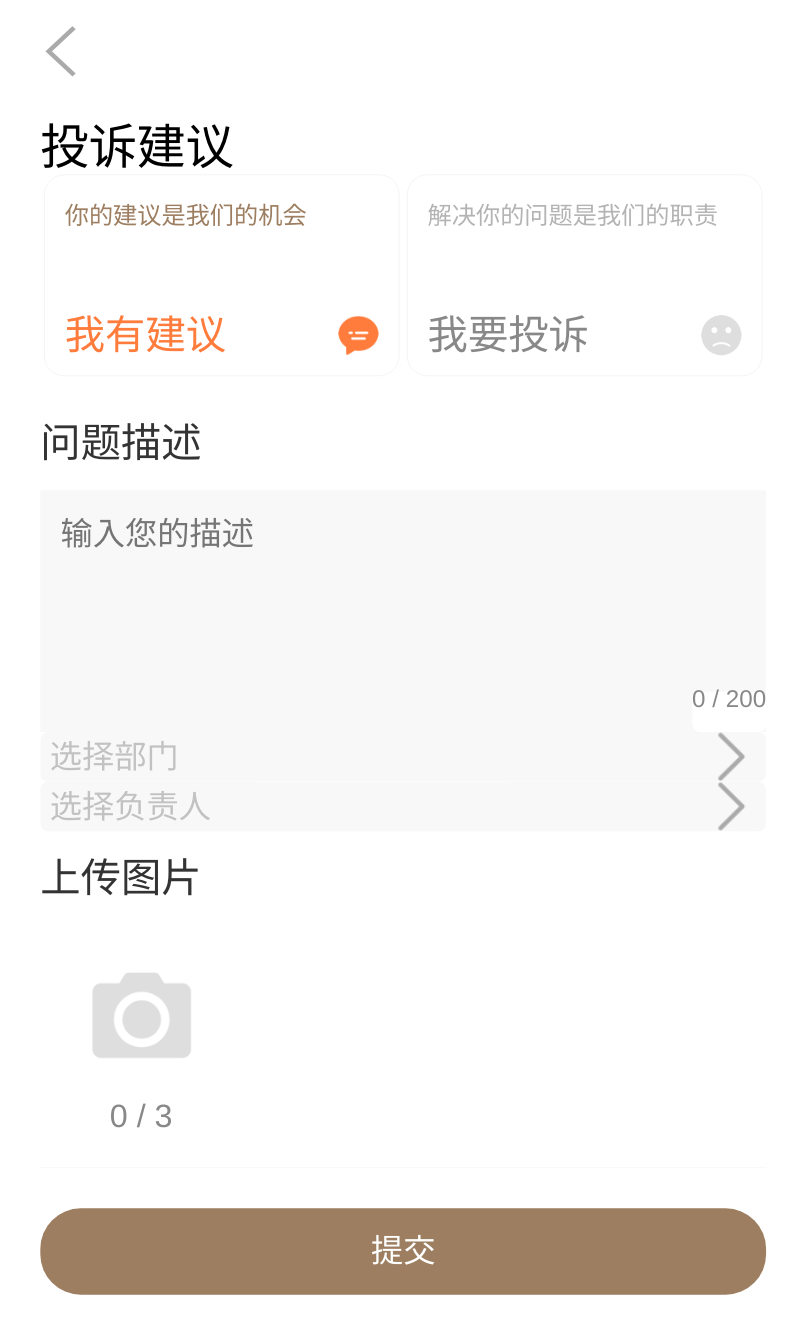
Repository: missing-star/rockBridge
Page: complaint.html
The author's editor kept a copy of each file at every save. The page is drawn from the files as they stood at one save, then again after the next save.
The browser window is 1280 px wide. The pictures show the whole page, at 63% of full size.

Above is the page before, as saved 2019-04-19 10:54:49.

### complaint.html
<!DOCTYPE html>
<html lang="en">

<head>
    <meta charset="UTF-8">
    <meta name="viewport" content="width=device-width, initial-scale=1.0, user-scalable=no,maximum-scale=1.0">
    <meta http-equiv="X-UA-Compatible" content="ie=edge">
    <meta http-equiv="Expires" content="0">
    <meta http-equiv="Pragma" content="no-cache">
    <meta http-equiv="Cache-control" content="no-cache">
    <meta http-equiv="Cache" content="no-cache">
    <link rel="stylesheet" href="assets/mui/css/mui.min.css?v=1.1.0">
    <link rel="stylesheet" href="assets/mui/picker/css/mui.picker.min.css?v=1.1.0">
    <link rel="stylesheet" href="css/common.css?v=1.1.0">
    <link rel="stylesheet" href="css/complaint.css?v=1.1.0">
    <title>叠石桥</title>
    <!--
        意见投诉
    -->
</head>

<body>
    <div id="app">
        <header class="mui-bar mui-bar-nav">
            <i onclick="goBack()" class="mui-icon mui-icon-arrowleft"></i>
        </header>
        <div class="mui-content">
            <header class="packet-title">
                <p>投诉建议</p>
            </header>
            <!--大分类-->
            <div class="classify">
                <div data-type="proposal" class="classify-item active">
                    <p class="title">你的建议是我们的机会</p>
                    <div class="bottom-icon">
                        <span class="title">我有建议</span>
                        <img v-show="currentTab == 'proposal'" class="classify-icon" src="imgs/proposal-active.png" alt="">
                        <img v-show="currentTab == 'complaint'" class="classify-icon" src="imgs/proposal.png" alt="">
                    </div>
                </div>
                <div data-type="complaint" class="classify-item">
                    <p class="title">解决你的问题是我们的职责</p>
                    <div class="bottom-icon">
                        <span class="title">我要投诉</span>
                        <img v-show="currentTab == 'proposal'" class="classify-icon" src="imgs/complaint.png" alt="">
                        <img v-show="currentTab == 'complaint'" class="classify-icon" src="imgs/complaint-active.png"
                            alt="">
                    </div>
                </div>
            </div>
            <p class="title-ques">问题描述</p>
            <div class="question-desc">
                <textarea placeholder="输入您的描述" @input="limitLength" v-model="inputContent" name="" id="" cols="30" rows="10"></textarea>
                <span v-cloak class="amount">{{inputContent.length}} / 200</span>
            </div>
            <!-- <input v-model="selectedNumber" id="number-btn" readonly type="text" class="number-value arrow-right"> -->
            <div class="question-desc">
                <input placeholder="选择部门" id="choose-section" readonly type="text" class="number-value arrow-right">
            </div>
            <div class="question-desc">
                <input placeholder="选择负责人" id="choose-section-leader" readonly type="text" class="number-value arrow-right">
            </div>
            <p class="title-upload">上传图片</p>
            <div class="repair-item upload">
                <div v-for="(item,index) in uploadedImgs" class="upload-item">
                    <img :src="item.src" alt="" class="upload-img-item">
                    <span @click="deleteImg(index)" class="delete-icon">
                    </span>
                </div>
                <div :class="{active:uploadedImgs.length < 3}" class="upload-item upload">
                    <div @click="uploadImg($event)" class="mask-click">
                        <input class="upload-input" hidden type="file" accept="image/*">
                    </div>
                    <img src="imgs/camera.png" alt="" class="camera">
                    <span v-cloak class="imgs-num">{{uploadedImgs.length}} / 3</span>
                </div>
            </div>
            <button @click="submitComplain" class="button-apply">
                提交
            </button>
        </div>
    </div>
    <script src="assets/vue/vue.min.js?v=1.0.2"></script>
    <script src="assets/jquery/jquery.min.js?v=1.0.2"></script>
    <script src="assets/mui/js/mui.min.js?v=1.0.2"></script>
    <script src="assets/mui/picker/js/mui.picker.js?v=1.0.2"></script>
    <script src="assets/mui/picker/js/mui.poppicker.js?v=1.0.2"></script>
    <script src="js/common.js?v=1.0.7.1"></script>
    <script src="js/complaint.js?v=1.0.3"></script>
</body>

</html>

### css/common.css
html,
body,
.mui-content {
    font-size: calc(100vw / 20);
    background: #ffffff;
}
*{
    word-break: break-all;
}
div.mui-content {
    padding: 1rem;
}

header.mui-bar.mui-bar-nav {
    background: #ffffff;
    -webkit-box-shadow: none;
            box-shadow: none;
}

nav.mui-bar.mui-bar-tab {
    background: #ffffff;
    -webkit-box-shadow: 0 0 6px 0 rgba(0, 0, 0, 0.15);
            box-shadow: 0 0 6px 0 rgba(0, 0, 0, 0.15);
}

nva.mui-bar-tab span.mui-tab-label {
    color: #9d7e60;
}

.mui-bar-tab .mui-tab-item.mui-active {
    color: #5f4831;
}

img.mui-icon.nav-bar-icon.active {
    display: inline;
}

img.mui-icon.nav-bar-icon {
    display: none;
}

p {
    margin: 0;
}

input[type=color],
input[type=date],
input[type=datetime-local],
input[type=datetime],
input[type=email],
input[type=month],
input[type=number],
input[type=password],
input[type=search],
input[type=tel],
input[type=text],
input[type=time],
input[type=url],
input[type=week],
select,
textarea {
    margin-bottom: 0;
    width: auto;
    height: auto;
    border: none;
    -webkit-box-flex: 1;
        -ms-flex: 1;
            flex: 1;
    font-size: 0.8rem;
}

input::-webkit-input-placeholder {
    color: #c2c2c2;
}

nav.mui-bar.mui-bar-tab a.mui-tab-item {
    -ms-touch-action: none;
        touch-action: none;
    height: 100%;
}

nav.mui-bar.mui-bar-tab {
    height: 3rem;
}

.mui-bar-tab .mui-tab-item .mui-icon {
    top: 3px;
    width: 1.2rem;
    height: 1.2rem;
    padding-top: 0;
    padding-bottom: 0;
    margin-bottom: 0.1rem;
}

.mui-bar-tab .mui-tab-item .mui-icon~.mui-tab-label {
    font-size: 0.5rem;
    line-height: 1rem;
}

.mui-bar-tab~.mui-content {
    padding-top: 2.5rem;
    padding-bottom: 3rem;
}

button.submit {
    background: #9d7e60;
    width: 100%;
    border: none;
    border-radius: 1rem;
    font-size: 1rem;
    line-height: 1rem;
    color: #fff;
    margin-top: 1rem;
    height: 2rem;
}

button.mui-btn.mui-btn-blue.mui-poppicker-btn-ok,
button.mui-btn.mui-btn-blue {
    color: #ff8b16;
    background: transparent;
    border: none;
    font-size: 1rem;
}

.mui-poppicker-header,
.mui-dtpicker-header {
    border-radius: 0.3rem 0.3rem 0 0;
}

button.mui-btn.mui-poppicker-btn-cancel,
.mui-dtpicker-header button {
    color: #aaaaaa;
    border: none;
    background: transparent;
    font-size: 1rem;
}

button.mui-btn.mui-poppicker-btn-cancel>img,
.mui-dtpicker-header button>img {
    width: 1rem;
}

.mui-picker-inner,
.mui-picker {
    background: #fcfcfc;
    -webkit-mask-box-image: none;
    border-radius: 0 0 0.3rem 0.3rem;
}

.mui-poppicker-body {
    border: none;
    border-radius: 0 0 0.3rem 0.3rem;
}

button.mui-btn {
    color: #aaaaaa;
    border-color: #aaaaaa;
}

.mui-dtpicker-header {
    background: #ffffff;
}

.mui-dtpicker-title h5 {
    display: none;
}

span.mui-popup-button.mui-popup-button-bold {
    color: #FF8B16;
}

span.mui-popup-button {
    color: #aaaaaa;
}

[v-cloak] {
    display: none !important;
}

.mui-poppicker.mui-active,
.mui-dtpicker.mui-active {
    margin: 0.5rem;
    width: calc(100% - 1rem);
    border-radius: 0.3rem;
}

.popicker-title,
.dt-popicker-title {
    -webkit-box-flex: 1;
        -ms-flex: 1;
            flex: 1;
    text-align: center;
    font-size: 1rem;
    color: #000000;
}

.mui-poppicker-header,
.mui-dtpicker-header {
    display: -webkit-box;
    display: -ms-flexbox;
    display: flex;
    -webkit-box-align: center;
        -ms-flex-align: center;
            align-items: center;
    -webkit-box-pack: justify;
        -ms-flex-pack: justify;
            justify-content: space-between;
    background: #eeeeee;
}

.mui-pciker-list li {
    color: #b19c88;
}

.mui-pciker-list li.highlight {
    color: #5f4831;
}

.mui-pciker-rule-ft {
    z-index: 2;
    border-top: solid 1px #ced7de;
    border-bottom: solid 1px #ced7de;
}


input::-webkit-outer-spin-button,
input::-webkit-inner-spin-button {

    -webkit-appearance: none !important;
}

input[type="number"] {
    -moz-appearance: textfield;
}

### css/complaint.css
header.mui-bar.mui-bar-nav {
    height: 2.5rem;
    padding: 0 1rem;
    display: -webkit-box;
    display: -ms-flexbox;
    display: flex;
    -webkit-box-align: center;
        -ms-flex-align: center;
            align-items: center;
}

.mui-bar-nav~.mui-content {
    padding-top: 2.5rem;
}

header.packet-title {
    display: -webkit-box;
    display: -ms-flexbox;
    display: flex;
    -webkit-box-align: center;
        -ms-flex-align: center;
            align-items: center;
    -webkit-box-pack: justify;
        -ms-flex-pack: justify;
            justify-content: space-between;
    margin-top: 1rem;
}

header.packet-title>p:first-child {
    color: #000000;
    font-size: 1.2rem;
}

.mui-bar-nav.mui-bar .mui-icon {
    margin-left: -0.5rem;
    padding: 0;
    font-size: 2rem;
    color: #AAAAAA;
}
button.button-apply {
    width: 100%;
    background:#9D7E60;
    border: none;
    border-radius: 1rem;
    padding: 0.5rem;
    font-size: 0.8rem;
    color: #fff;
    margin-top: 1rem;
}
button.submit-repair.submit-repair{
    background: #9d7e60;
}
.classify {
    margin-top: 1rem;
    display: -webkit-box;
    display: -ms-flexbox;
    display: flex;
    -webkit-box-align: center;
        -ms-flex-align: center;
            align-items: center;
    -ms-flex-pack: distribute;
        justify-content: space-around;
    height: 4rem;
    margin-bottom: 1rem;
}
.classify-item span.title {
    color: #888888;
    font-size: 1rem;
    line-height: 1rem;
}
.classify-item.active span.title{
    color: #ff7c3c;
}
.ques-item span.checkbox {
    border-radius: 0.1rem;
    background-color:#dedede;
    background-image: url(../imgs/checked.png);
    background-repeat: no-repeat;
    background-size: 0.8rem;
    background-position: center center;
    width: 1rem;
    height: 1rem;
    display: block;
    margin-right: 0.8rem;
}
.classify-item {
    position: relative;
    display: -webkit-box;
    display: -ms-flexbox;
    display: flex;
    -webkit-box-orient: vertical;
    -webkit-box-direction: normal;
        -ms-flex-direction: column;
            flex-direction: column;
    -webkit-box-pack: justify;
        -ms-flex-pack: justify;
            justify-content: space-between;
    position: relative;
    border: 1px solid rgba(237,237,237,1);
    border-radius: 0.5rem;
    width: 49%;
    height: 5rem;

}
.ques-item.active span.checkbox {
    background-color: #ff7c3c;
}
.ques-item.active p{
    color: #ff7c3c;
}
.mask-click,.mask-click-sub {
    position: absolute;
    left: 0;
    top: 0;
    width: 100%;
    height: 100%;
    background: transparent;
}
.ques-classify {
    display: none;
}
.ques-classify.active{
    display: -webkit-box;
    display: -ms-flexbox;
    display: flex;
}
.classify.sub>.classify-item {
    margin-bottom: 1.5rem;
}
p.classify-title,p.title-upload,p.title-ques {
    color: #333;
    font-size: 1rem;
    padding: 1rem 0;
}
.question-desc {
    position: relative;
}
p.title {
    border-bottom: 1px solid #f6f6f6;
    padding: 0.5rem;
    font-size: 0.8rem;
    line-height: 1rem;
    color: #333333;
}
textarea {
    width: 100%;
    height: 6rem;
}
textarea {
    width: 100%;
    height: 6rem;
    font-size: 0.8rem;
    line-height: 1.2rem;
    padding: 0.5rem;
    color: #888888;
    background: #F8F8F8;
    padding-bottom: 1rem;
}
textarea::-webkit-scrollbar{
    width: 0;
    height: 0;
}
span.amount {
    display: block;
    text-align: right;
    color: #888888;
    font-size: 0.6rem;
    position: absolute;
    bottom: 0;
    right: 0;
    background: #ffffff;
    height: 1rem;
    border-radius: 0.2rem;
}
.upload-container {
    position: relative;
    background: url(../imgs/camera.png) no-repeat;
    width: 20vw;
    height: 20vw;
    background-size: 80%;
    background-position: center;
}
.mask-upload {
    position: absolute;
    background: transparent;
    width: 100%;
    height: 100%;
}
img.upload-img {
    width: 100%;
    height: 100%;
}
.upload-container.no-bg {
    background: none;
}
img.classify-icon {
    width: 1rem;
}

.classify-item>p.title{
    font-size: 0.6rem;
    line-height: 1rem;
    color: #b3b3b3;
    border: none;
    white-space: nowrap;
    overflow: hidden;
    text-overflow: ellipsis;
}
.classify-item.active>p.title {
    color: #9D7E60;
}
.bottom-icon {
    display: -webkit-box;
    display: -ms-flexbox;
    display: flex;
    -webkit-box-align: center;
        -ms-flex-align: center;
            align-items: center;
    -webkit-box-pack: justify;
        -ms-flex-pack: justify;
            justify-content: space-between;
    padding: 0.5rem;
    font-size: 1rem;
}
ul.ques-classify.active {
    margin: 0;
    list-style: none;
    padding: 0 1rem;
    display: -webkit-box;
    display: -ms-flexbox;
    display: flex;
    -webkit-box-align: center;
        -ms-flex-align: center;
            align-items: center;
    -webkit-box-pack: justify;
        -ms-flex-pack: justify;
            justify-content: space-between;
    -ms-flex-wrap: wrap;
        flex-wrap: wrap;
}
li.ques-item {
    display: -webkit-box;
    display: -ms-flexbox;
    display: flex;
    -webkit-box-align: center;
        -ms-flex-align: center;
            align-items: center;
    width: 50%;
    margin-bottom: 1.5rem;
}
div.repair-item {
    border-bottom: 1px solid #f6f6f6;
    padding: 0.5rem 0;
    display: -webkit-box;
    display: -ms-flexbox;
    display: flex;
    -webkit-box-align: center;
        -ms-flex-align: center;
            align-items: center;
}
.upload-item.upload.active {
    display: -webkit-box;
    display: -ms-flexbox;
    display: flex;
}
.upload-item.upload {
    display: none;
}
.upload-item {
    position: relative;
    width: 25vw;
    height: 25vw;
    display: -webkit-box;
    display: -ms-flexbox;
    display: flex;
    -webkit-box-align: center;
        -ms-flex-align: center;
            align-items: center;
    -webkit-box-orient: vertical;
    -webkit-box-direction: normal;
        -ms-flex-direction: column;
            flex-direction: column;
    -ms-flex-pack: distribute;
        justify-content: space-around;
    margin-right: 5vw;
}
.mask-click {
    position: absolute;
    width: 100%;
    height: 100%;
    background: transparent;
    z-index: 1;
}
img.camera {
    width: 50%;
}
span.imgs-num {
    font-size: 0.8rem;
    color: #888888;
}
.upload-img-item {
    width: 100%;
    height: 100%;
}
span.delete-icon {
    background-color: #f52d1e;
    display: block;
    width: 1rem;
    height: 1rem;
    position: absolute;
    right: -0.5rem;
    top: -0.5rem;
    border-radius: 50%;
    background-image: url(../imgs/delete-icon.png);
    background-repeat: no-repeat;
    background-size: 0.5rem;
    background-position: center;
}
input#choose-section,input#choose-section-leader {
    background: #F8F8F8;
    border-radius: 0.2rem;
    width: 100%;
    background-image: url(../imgs/arrow-right.png);
    background-repeat: no-repeat;
    background-size: 0.7rem;
    background-position: 97%;
}

### js/common.js
//保存用户还是商家版的变量 currentRole:[Number 0| Number 1] 0:user 1:business
if (!parseInt(sessionStorage.getItem('currentRole'))) {
    sessionStorage.setItem('currentRole', 0);
}
//用户是否可以切换角色
if (!sessionStorage.getItem('switchRole')) {
    sessionStorage.setItem('switchRole', 0);
}


function pageLink(url) {
    mui.openWindow({
        url: url
    })
}
//返回
function goBack() {
    window.history.go(-1);
}

mui('body').on('tap', 'a', function () {
    if (this.href != 'javascript:;') {
        mui.openWindow({
            url: this.href
        });
    }
});

//解析url参数
function getParams() {
    var list = location.search.substring(1).split('&');
    var param = {};
    list.forEach(function (value, index) {
        var temp = value.split('=');
        param[temp[0]] = temp[1];
    });
    return param;
}

//域名
var rootUrl = 'http://dieshiqiao.pzhkj.cn';

//将时间戳转换为时间（年-月-日）
function transformTime(timeStat,flag) {
    var date = new Date(parseInt(timeStat * 1000));
    var year = date.getFullYear();
    var month = date.getMonth() + 1;
    if (month < 10) {
        month = '0' + month;
    }
    var day = date.getDate();
    if (day < 10) {
        day = '0' + day;
    }
    var hour = date.getHours();
    if(hour < 10) {
        hour = '0' + hour;
    }
    var minute = date.getMinutes();
    if(minute < 10) {
        minute = '0' + minute;
    }
    var second = date.getSeconds();
    if(second < 10) {
        second = '0' + second;
    }
    if(flag) {
        return year + '-' + month + '-' + day + ' ' + hour + ':' + minute + ':' +second;
    }
    return year + '-' + month + '-' + day;
}

function replaceSpace(str) {
    //替换空格
    return str.replace(/\s+/g, "");
}

function validatePhone(phone) {
    var regPhone = /^1\d{9}\d$/;
    return regPhone.test(phone);
}

function limitLength(str, min, max) {
    return str.substring(min, max);
}
//倒计时
function countTime(str) {
    //获取当前时间
    var date = new Date();
    var now = date.getTime();

    var createDate = new Date(str);

    var cre = createDate.getTime();

    //时间差

    var leftTime = cre - now;
    //定义变量 d,h,m,s保存倒计时的时间

    var d, h, m, s;

    if (leftTime >= 0) {
        d = Math.floor(leftTime / 1000 / 60 / 60 / 24);
        h = Math.floor(leftTime / 1000 / 60 / 60 % 24);
        m = Math.floor(leftTime / 1000 / 60 % 60);
        s = Math.floor(leftTime / 1000 % 60);
        return `${d}天${h}小时${m}分${s}秒`;
    } else {
        return '';
    }
}

function validateUser() {
    if (sessionStorage.getItem('user') && sessionStorage.getItem('user') != `""`) {
        return true;
    } else {
        return false;
    }
}

function validateUserPhone() {
    if (JSON.parse(sessionStorage.getItem('user')).users.phone) {
        return true;
    } else {
        return false;
    }
}

function sortByPro(pro, flag) {
    //flag:true=>升序 false:降序
    return function (a, b) {
        return function (a, b) {
            return flag ? a[prop] - b[prop] : b[prop] - a[prop];
        }
    }
}

/**
 * 获得历史搜索记录
 */

 function getSearchHistory() {
     var result = [];
     $.ajax({
         url:`${rootUrl}/index/api/getSerachLog`,
         async:false,
         type:'post',
         success:function(data) {
            result = data.result.map(function(item,i) {
                return item.keywords;
            });
         },
         error:function() {
             mui.toast('服务器异常');
         }
     });
     return result;
 }

 function goLogin(type) {
     if(type == 1) {
         //维修员
        mui.openWindow({
            url:`${rootUrl}/index/api/getWxLogin`
        });
        }
     else {
         //商户
        mui.openWindow({
            url:`${rootUrl}/index/api/getWxRepairmanLogin`
        });
     }
 }


function getUserInfo() {
    $.ajax({
        url: `${rootUrl}/index/api/getMyCenter`,
        type: 'post',
        async: false,
        datType: 'json',
        success: function (data) {
            if (data.status == 1) {
                sessionStorage.setItem('user', JSON.stringify(data.result));
                userData = data.result;
                if (data.result.shop_id > 0) {
                    sessionStorage.setItem('switchRole', 1);
                } else {
                    sessionStorage.setItem('switchRole', 0);
                }
            } else if (data.status == 202) {
                goLogin();
            }
        },
        error: function () {
            mui.toast('服务器异常！');
        }
    })
}

Loaded but not shown: assets/mui/css/mui.min.css (library); assets/mui/picker/css/mui.picker.min.css (library); assets/vue/vue.min.js (library); assets/jquery/jquery.min.js (library); assets/mui/js/mui.min.js (library); assets/mui/picker/js/mui.picker.js (389 lines, source omitted); js/complaint.js (152 lines, source omitted); assets/mui/picker/js/mui.poppicker.js (163 lines, source omitted)

After the next save:
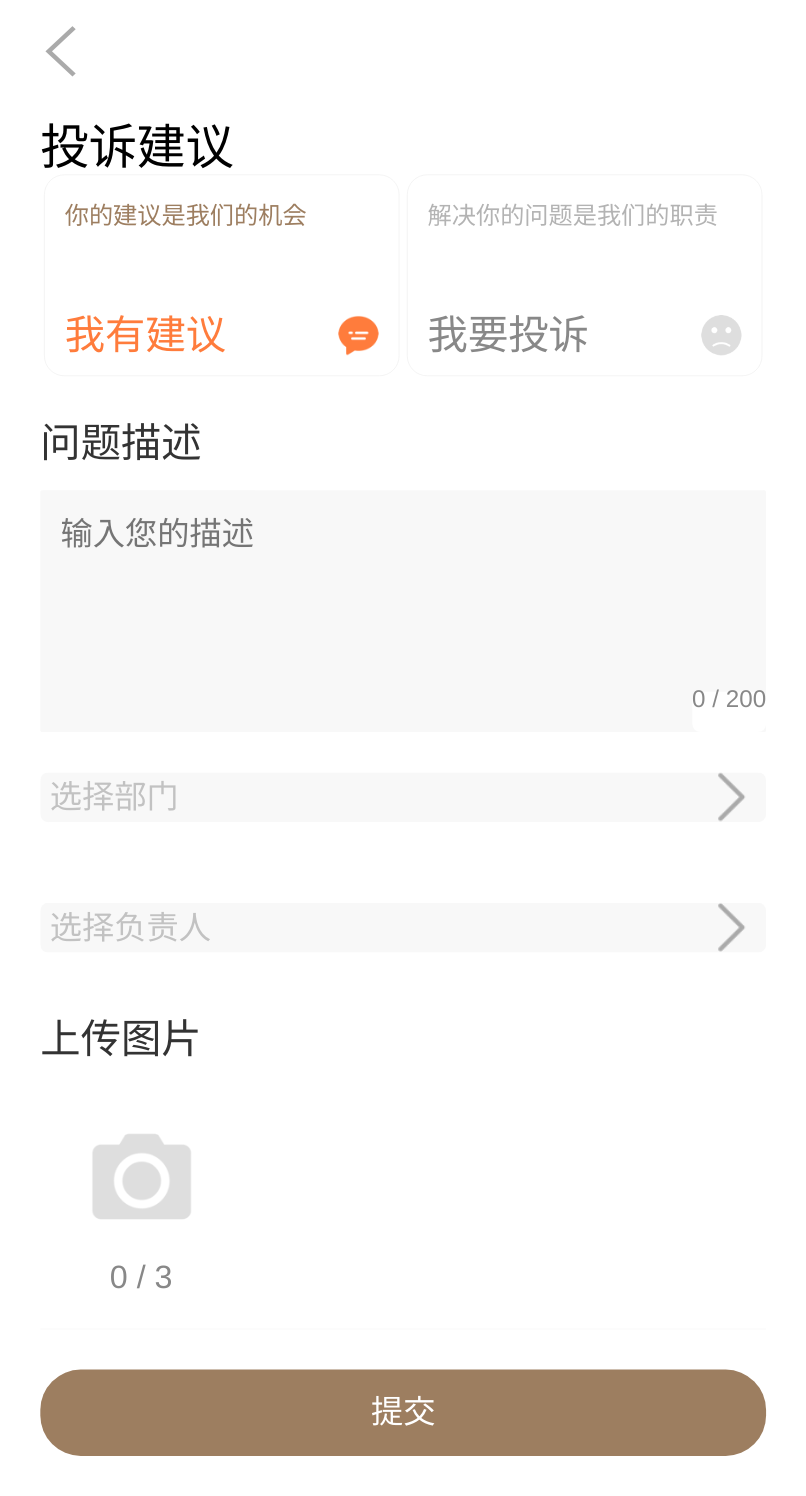
Saved 25 s later.
--- a/css/complaint.css
+++ b/css/complaint.css
@@ -324,4 +324,5 @@ input#choose-section,input#choose-section-leader {
     background-repeat: no-repeat;
     background-size: 0.7rem;
     background-position: 97%;
-}
+    margin: 1rem 0;
+}
